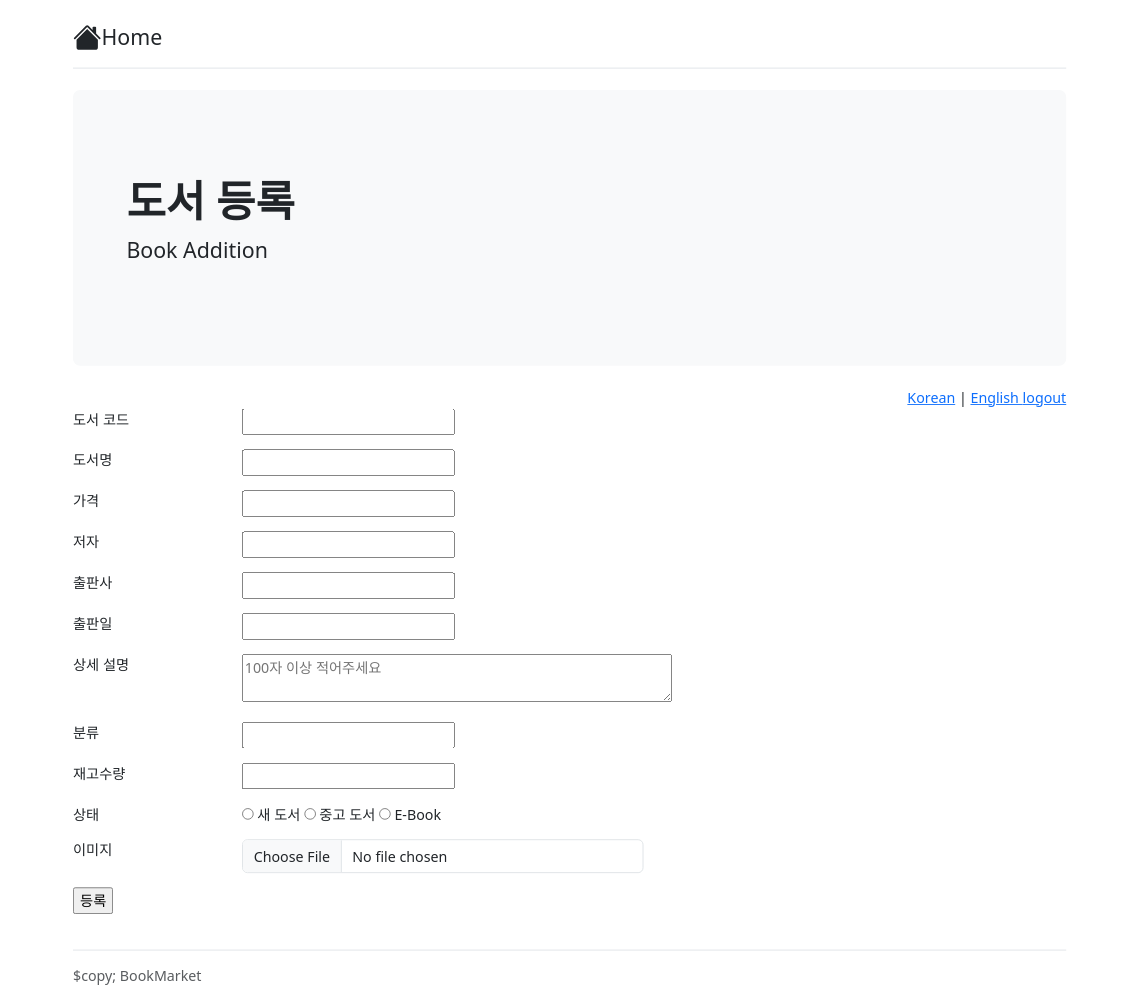
Repository: man332414/myJspStudy
Page: http://localhost/bookmarket/addBook?language=ko
These files come from the project's save history. The page is drawn as it stood at one moment and after the next save; the edit follows.
The browser window is 1280 px wide. The pictures show the whole page, at 89% of full size.
The page is served by Tomcat 10. Other server files are loaded and not shown.

Above is the page before, as saved 2024-10-10 08:38:29.

### bookmarket/src/main/webapp/addBook.jsp
<%@ page session = "false" %>
<%@ page language="java" contentType="text/html; charset=UTF-8" pageEncoding="UTF-8"%>
<%@ taglib prefix = "fmt" uri = "http://java.sun.com/jsp/jstl/fmt" %>
<!DOCTYPE html>
<html>
<head>
	<link rel = "stylesheet" href = "./resources/css/bootstrap.min.css" />
	<link href="https://cdn.jsdelivr.net/npm/bootstrap@5.3.0-alpha1/dist/css/bootstrap.min.css" rel="stylesheet">
	<meta charset="UTF-8">
	<title>도서등록</title>
</head>
<body>
	<fmt:setLocale value = '<%=request.getParameter("language") %>' />
	<fmt:bundle basename = "bundle.message">
	<div class = "container py-4">
		<%@ include file = "menu.jsp" %>

		<div class = "p-5 mb-4 bg-body-tertiary rounded-3">
			<div class = "container-fluid py-5">
				<h1 class = "display-5 fw-bold"><fmt:message key = "title" /></h1>
				<p class = "col-md-8 fs-4">Book Addition</p>
			</div>
		</div>

		<div class = "row align-items-md-stretch">
			<div class = "text-end">
				<a href = "?language=ko">Korean</a> | <a href = "?language=en">English </a>
				<a href = "logout.jsp" class = "btn-sm btn-success pull right">logout</a>
			</div>
			<form action = "addBook" method = "post" enctype = "multipart/form-data" class = "form-horizontal" id = "form">
				<div class = "mb-3 row">
					<label class = "col-sm-2"><fmt:message key = "bookId" /></label>
					<div class = "col-sm-3">
						<input type = "text" name = "bookId" id = "bookId">
					</div>
				</div>
				<div class = "mb-3 row">
					<label class = "col-sm-2"><fmt:message key = "name" /></label>
					<div class = "col-sm-3">
						<input type = "text" name = "name" id = "name">
					</div>
				</div>
				<div class = "mb-3 row">
					<label class = "col-sm-2"><fmt:message key = "unitPrice" /></label>
					<div class = "col-sm-3">
						<input type = "text" name = "unitPrice" id = "unitPrice">
					</div>
				</div>
				<div class = "mb-3 row">
					<label class = "col-sm-2"><fmt:message key = "author" /></label>
					<div class = "col-sm-3">
						<input type = "text" name = "author" id = "author">
					</div>
				</div>
				<div class = "mb-3 row">
					<label class = "col-sm-2"><fmt:message key = "publisher" /></label>
					<div class = "col-sm-3">
						<input type = "text" name = "publisher" id = "publisher">
					</div>
				</div>
				<div class = "mb-3 row">
					<label class = "col-sm-2"><fmt:message key = "releaseDate" /></label>
					<div class = "col-sm-3">
						<input type = "text" name = "releaseDate" id = "releaseDate">
					</div>
				</div>
				<div class = "mb-3 row">
					<label class = "col-sm-2"><fmt:message key = "description" /></label>
					<div class = "col-sm-3">
						<textarea name = "description" cols = "50" rows = "2" placeholder = "<fmt:message key = "description_text" />"></textarea>
					</div>
				</div>
				<div class = "mb-3 row">
					<label class = "col-sm-2"><fmt:message key = "category" /></label>
					<div class = "col-sm-3">
						<input type = "text" name = "category" id = "category">
					</div>
				</div>
				<div class = "mb-3 row">
					<label class = "col-sm-2"><fmt:message key = "unitsInStock" /></label>
					<div class = "col-sm-3">
						<input type = "text" name = "unitsInSrock" id = "unitsInSrock">
					</div>
				</div>
				<div class = "mb-3 row">
					<label class = "col-sm-2"><fmt:message key = "condition" /></label>
					<div class = "col-sm-5">
						<input type = "radio" name = "condition" value = "New"> <fmt:message key = "condition_New" />
						<input type = "radio" name = "condition" value = "Old"> <fmt:message key = "condition_Old" />
						<input type = "radio" name = "condition" value = "EBook"> <fmt:message key = "condition_Ebook" />
					</div>
				</div>
				<div class = "mb-3 row">
					<label class = "col-sm-2"><fmt:message key = "bookImage" /></label>
					<div class = "col-sm-5">
						<input type = "file" name = "BookImage" class = "form-control">
					</div>
				</div>
				<div class = "mb-3 row">
					<div class = "col-sm-offset-2 col-sm-10">
						<input type = "button" value = "<fmt:message key = "button" />" id = "btn">
					</div>
				</div>
			</form>
		</div>
		<jsp:include page = "footer.jsp" />
	</div>
	<script type="text/javascript" src = "./resources/js/validation.js"></script>
	</fmt:bundle>
</body>
</html>

### bookmarket/src/main/webapp/menu.jsp
<%@ page language="java" contentType="text/html; charset=UTF-8"
    pageEncoding="UTF-8"%>
<!DOCTYPE html>
<html>
<head>
</head>
<body>
		<header class = "pb-3 mb-4 border-bottom">
			<a href = "./welcome.jsp" class = "d-flex align-items-center text-dark text-decoration-none">
			<svg  width="32" height="32" fill="currentColor" class="bi bi-house-fill" viewBox="0 0 16 16">
	              <path d="M8.707 1.5a1 1 0 0 0-1.414 0L.646 8.146a.5.5 0 0 0 .708.708L8 2.207l6.646 6.647a.5.5 0 0 0 .708-.708L13 5.793V2.5a.5.5 0 0 0-.5-.5h-1a.5.5 0 0 0-.5.5v1.293L8.707 1.5Z"/>
	              <path d="m8 3.293 6 6V13.5a1.5 1.5 0 0 1-1.5 1.5h-9A1.5 1.5 0 0 1 2 13.5V9.293l6-6Z"/>
	        </svg>
				<span class = "fs-4">Home</span>
			</a>
		</header>

</body>
</html>

### bookmarket/src/main/webapp/footer.jsp
<%@ page language="java" contentType="text/html; charset=UTF-8"
    pageEncoding="UTF-8"%>
<html>
<head>
</head>
<body>
		<footer class = "pt-3 mt-4 text-body-secondary border-top">
			$copy; BookMarket
		</footer>

</body>
</html>

### bookmarket/src/main/java/controller/addBookController.java
package controller;

import java.io.IOException;

import com.oreilly.servlet.MultipartRequest;
import com.oreilly.servlet.multipart.DefaultFileRenamePolicy;

import dao.BookRepository;
import dto.Book;
import jakarta.servlet.RequestDispatcher;
import jakarta.servlet.ServletException;
import jakarta.servlet.annotation.WebServlet;
import jakarta.servlet.http.HttpServlet;
import jakarta.servlet.http.HttpServletRequest;
import jakarta.servlet.http.HttpServletResponse;

@WebServlet("/addBook")
public class addBookController extends HttpServlet
{

	@Override
	protected void doGet(HttpServletRequest req, HttpServletResponse resp) throws ServletException, IOException
	{
		System.out.println("addBook doGet 도착");
		//전처리
		//모델이동
		//뷰 이동
		RequestDispatcher ds = req.getRequestDispatcher("addBook.jsp");
		ds.forward(req, resp);
	}

	@Override
	protected void doPost(HttpServletRequest req, HttpServletResponse resp) throws ServletException, IOException
	{
		System.out.println("addBook doPost 도착");
		//전처리
		String filename = "";
		String realFolder = req.getServletContext().getRealPath("resources/images");
		System.out.println(realFolder);
		//D:\sgh\jsp\.metadata\.plugins\org.eclipse.wst.server.core\tmp0\wtpwebapps\bookmarket\resources\images

		MultipartRequest multi = new MultipartRequest(req, realFolder, 5*1024*1024, "utf-8", new DefaultFileRenamePolicy());

		String bookId = multi.getParameter("bookId");
		String name = multi.getParameter("name");
		String unitPrice = multi.getParameter("unitPrice");
		String author = multi.getParameter("author");
		String publisher = multi.getParameter("publisher");
		String releaseDate = multi.getParameter("releaseDate");
		String description = multi.getParameter("description");
		String category = multi.getParameter("category");
		String unitsInSrock = multi.getParameter("unitsInSrock");
		String condition = multi.getParameter("condition");
		String fileName = multi.getFilesystemName("BookImage");

		Integer price;

		if(unitPrice.isEmpty())
		{
			price = 0;
		}
		else
		{
			price = Integer.valueOf(unitPrice);
		}

		long stock;

		if(unitsInSrock.isEmpty())
		{
			stock = 0;
		}
		else
		{
			stock = Long.valueOf(unitsInSrock);
		}

		BookRepository dao = BookRepository.getInstance();

		Book newBook = new Book();
		newBook.setBookId(bookId);
		newBook.setBookname(name);
		newBook.setUnitPrice(price);
		newBook.setAuthor(author);
		newBook.setPublisher(publisher);
		newBook.setReleaseDate(releaseDate);
		newBook.setBookdescription(description);
		newBook.setCategory(category);
		newBook.setUnitsInStock(stock);
		newBook.setBookcondition(condition);
		newBook.setFilename(fileName);

		dao.addBook(newBook);


		//모델이동

		//뷰 이동
		resp.sendRedirect("bookList");
	}

}

### bookmarket/src/main/webapp/resources/js/validation.js
let btn = document.querySelector("#btn");
console.log(btn);
btn.addEventListener("click", checkAddBook);

function checkAddBook()
{
	console.log("연결");
	let form = document.querySelector("#form");
	let bookId = document.querySelector("#bookId").value;
	let name = document.querySelector("#name").value;
	let unitPrice = document.querySelector("#unitPrice").value;
	let author = document.querySelector("#author").value;
	let publisher = document.querySelector("#publisher").value;
	let releaseDate = document.querySelector("#releaseDate").value;
	let category = document.querySelector("#category").value;
	let unitsInSrock = document.querySelector("#unitsInSrock").value;
	console.log(bookId);
	console.log(name);
	console.log(unitPrice);
	console.log(author);
	console.log(publisher);
	console.log(releaseDate);
	console.log(category);
	console.log(unitsInSrock);

	let regExpBookId = /^ISBN[0-9]{4,11}$/;

	if(!regExpBookId.test(bookId))
	{
		alert("[도서코드]\nISBN과 숫자를 조합하여 5~12자까지 입력하세요\n첫 글자는 ISBN으로 시작해야 합니다.");
		form.bookId.select();
		return false;
	}

	if(name.length<4 || name.length > 50)
	{
		alert("[도서명]\n최소 4자에서 최대 50자까지 입력하세요");
		form.name.select();
		return false;
	}

	if(unitPrice.length == 0 || isNaN(unitPrice))
	{
		alert("[가격]\n숫자만 입력하세요")
		form.unitPrice.select();
		return false;
	}

	if(unitPrice<0)
	{
		alert("[가격]\n음수를 입력할 수 없습니다.")
		form.unitPrice.select();
		return false;
	}

	if(isNaN(unitsInSrock))
	{
		alert("[재고수]\n숫자만 입력할 수 있습니다.")
		form.unitsInSrok.select();
		return false;
	}
	form.submit();
}

Loaded but not shown: bookmarket/src/main/webapp/resources/css/bootstrap.min.css (library)

After the next save:
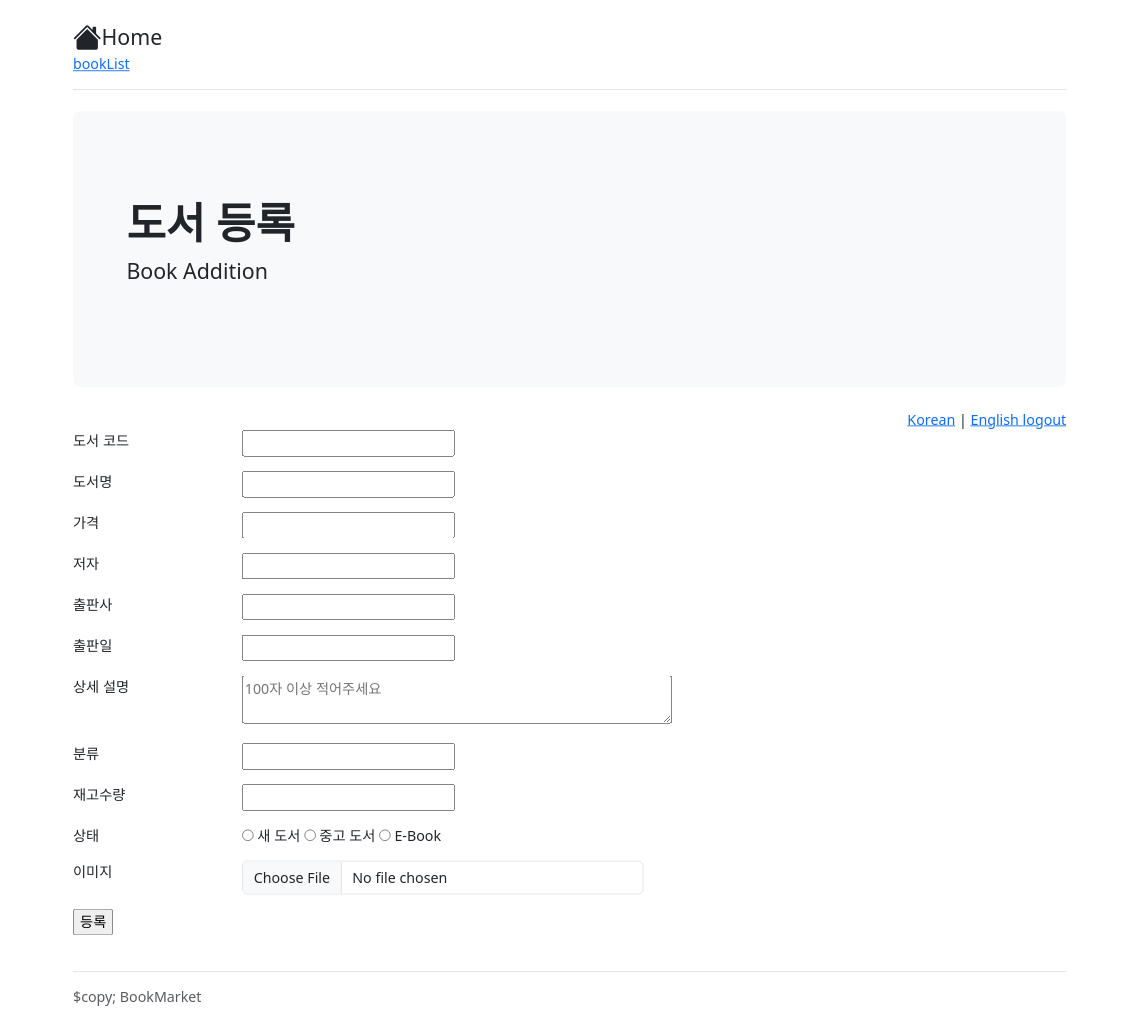
Saved 2 min 44 s later.
--- a/bookmarket/src/main/webapp/menu.jsp
+++ b/bookmarket/src/main/webapp/menu.jsp
@@ -13,6 +13,7 @@
 	        </svg>
 				<span class = "fs-4">Home</span>
 			</a>
+			<a href = "bookList">bookList</a>
 		</header>
 
 </body>
